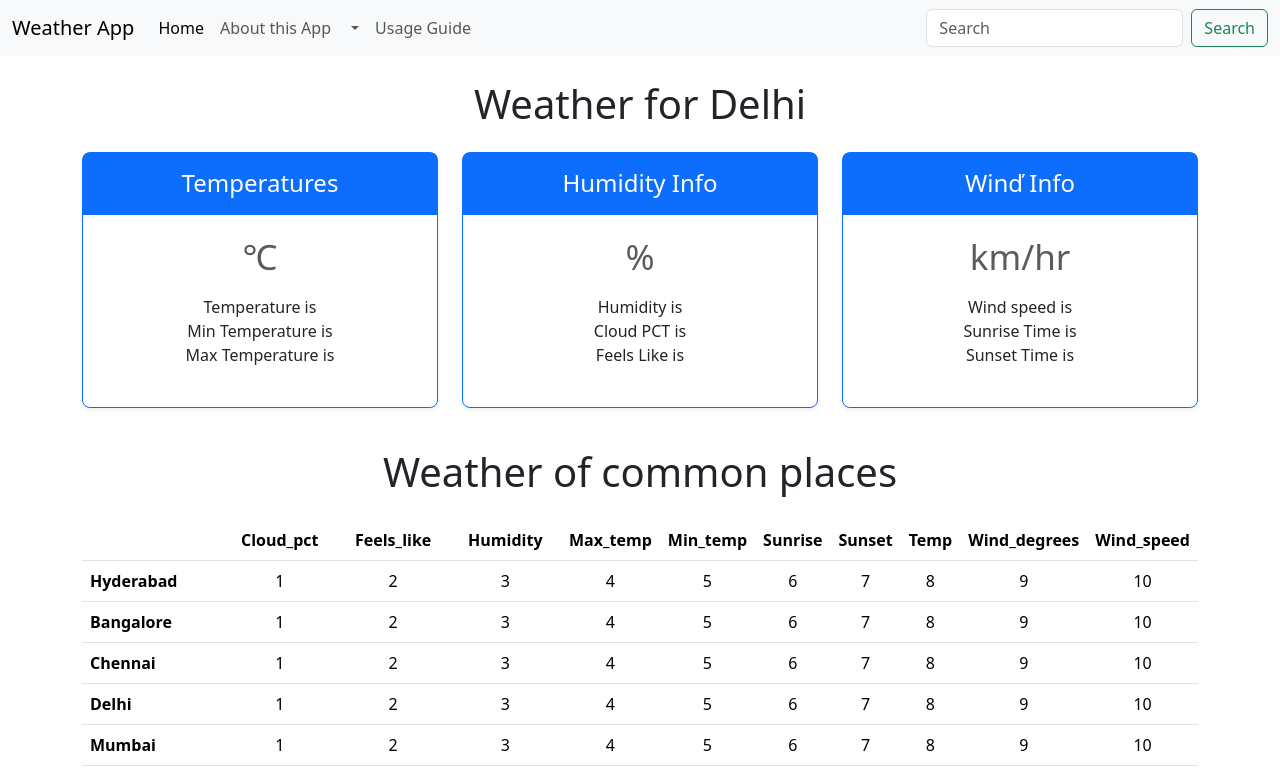
Repository: Abhilash2909/weather
Page: index.html
The author's editor kept a copy of each file at every save. The page is drawn from the files as they stood at one save, then again after the next save.
The browser window is 1280 px wide. The pictures show the whole page.
The page's requests for data from a server got no answer.

Above is the page before, as saved 2024-02-11 17:08:36.

After the next save:
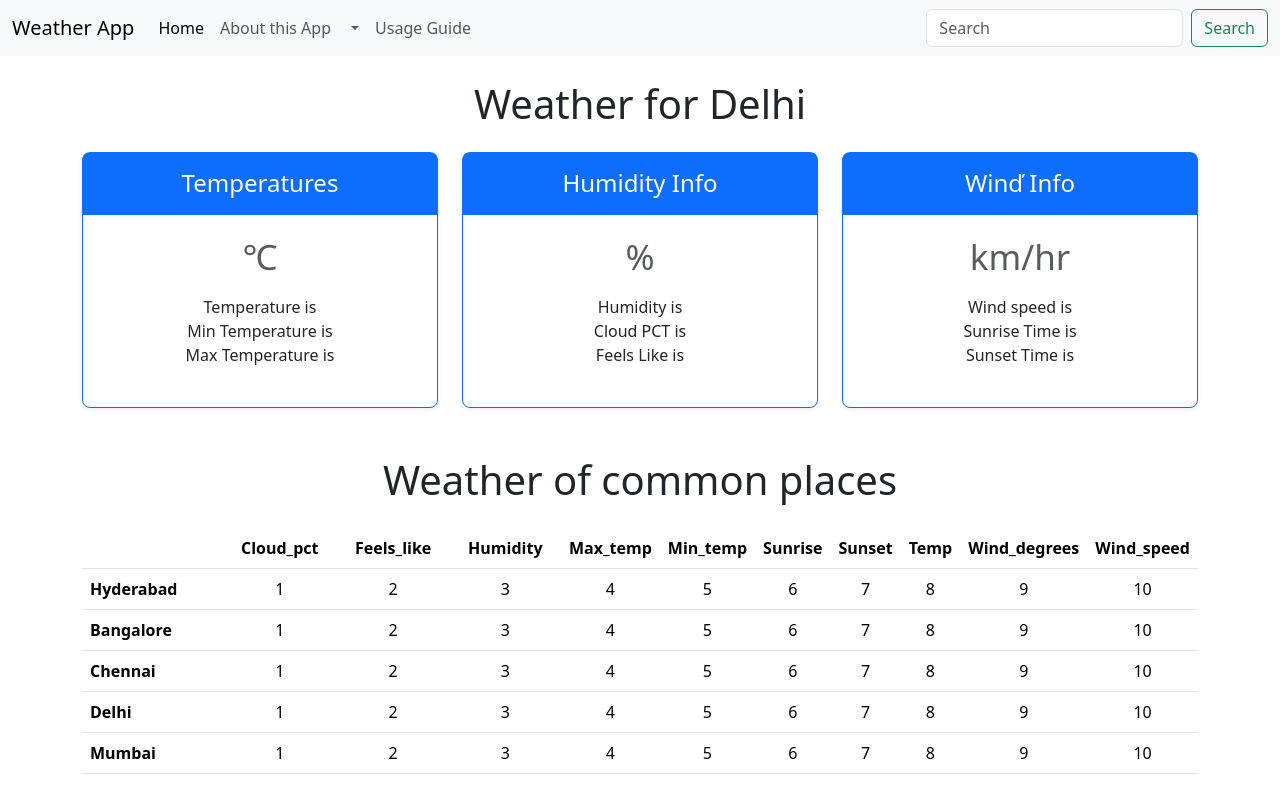
Saved 68 s later.
--- a/index.html
+++ b/index.html
@@ -98,7 +98,7 @@
           </div>
         </div>
 
-        <h2 class="display-6 text-center mb-4">Weather of common places</h2>
+        <h2 class="display-6 text-center my-4">Weather of common places</h2>
 
         <div class="table-responsive">
           <table class="table text-center">

After the save that followed:
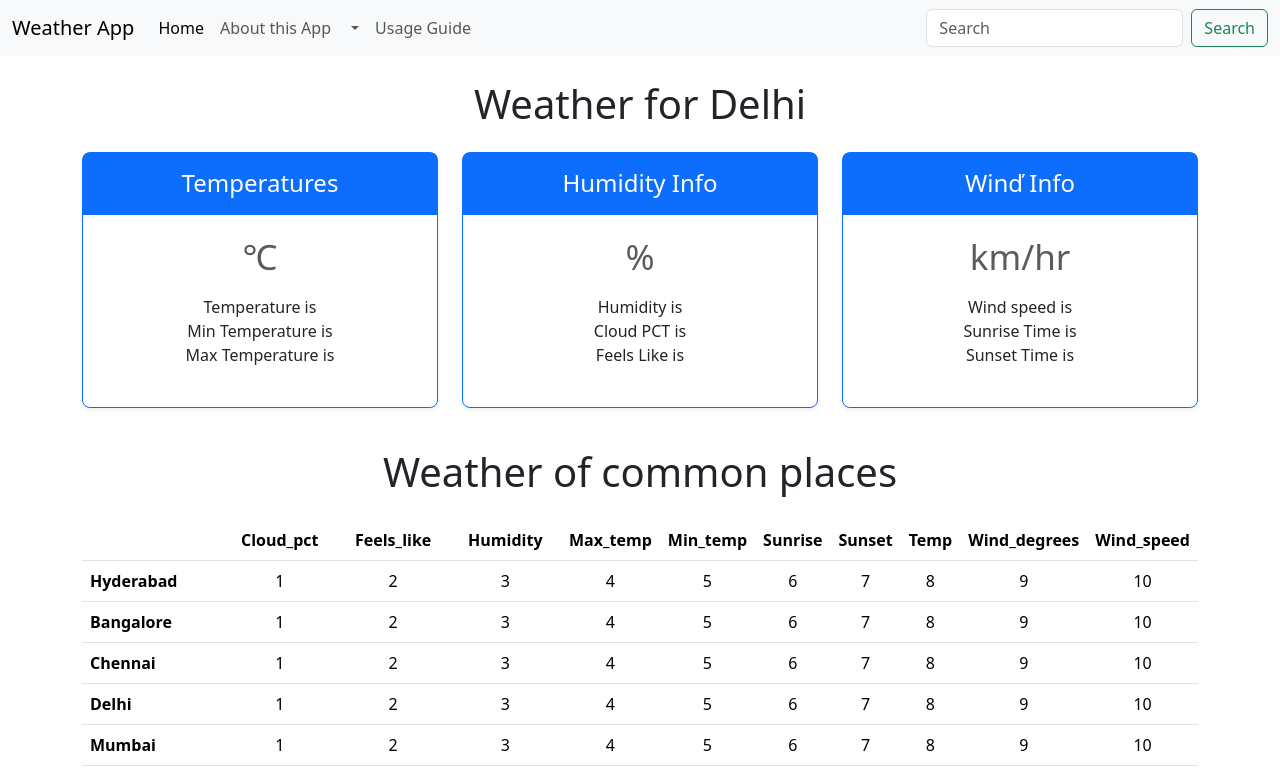
Saved 8 s later.
--- a/index.html
+++ b/index.html
@@ -98,7 +98,7 @@
           </div>
         </div>
 
-        <h2 class="display-6 text-center my-4">Weather of common places</h2>
+        <h2 class="display-6 text-center mb-4">Weather of common places</h2>
 
         <div class="table-responsive">
           <table class="table text-center">
